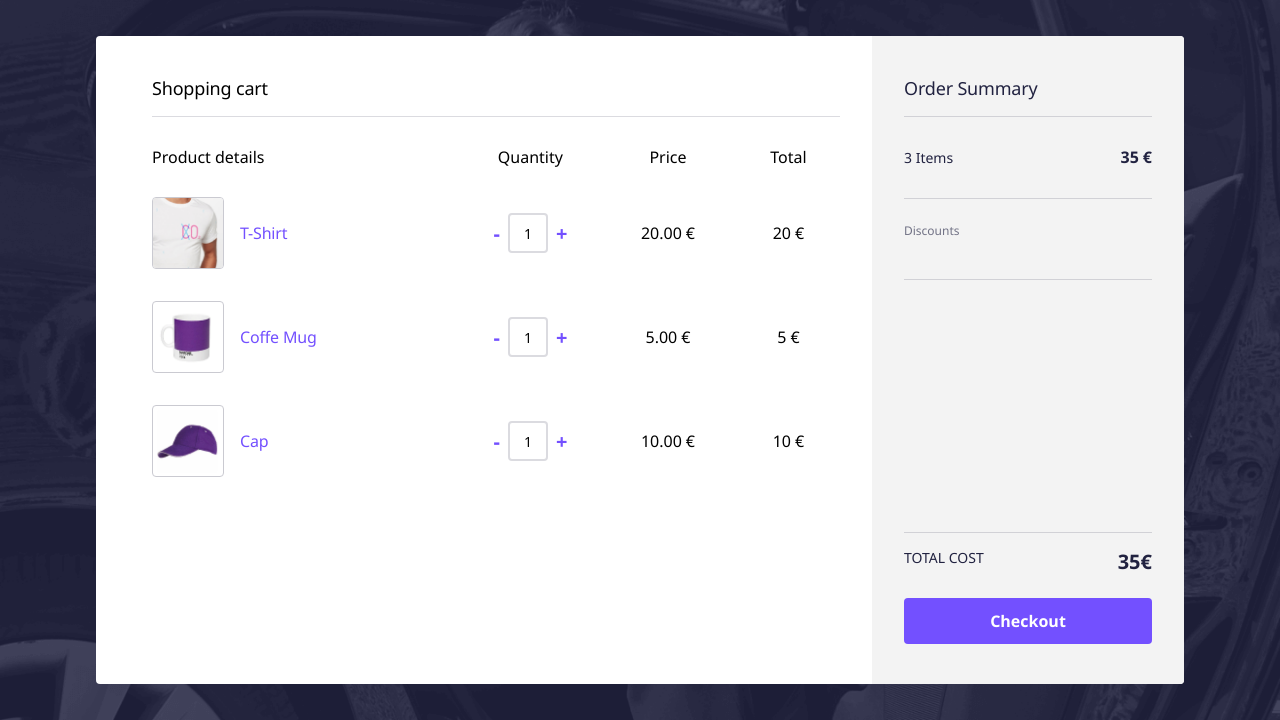
Repository: banchiec/challengecbfy
Page: /
These files come from the project's save history. The page is drawn as it stood at one moment and after the next save; the edit follows.
The browser window is 1280 px wide. The pictures show the whole page.
An inner scrolling area shows only its first screen. Some web fonts or font styles are not loaded; a fallback is used. The project was rebuilt for these pictures with package versions that can differ from the ones it lists, and the page was loaded fresh each time. Also part of the build but not shown: craco.config.js.

Above is the page before, as saved 2021-12-10 12:47:21.

After the next save:
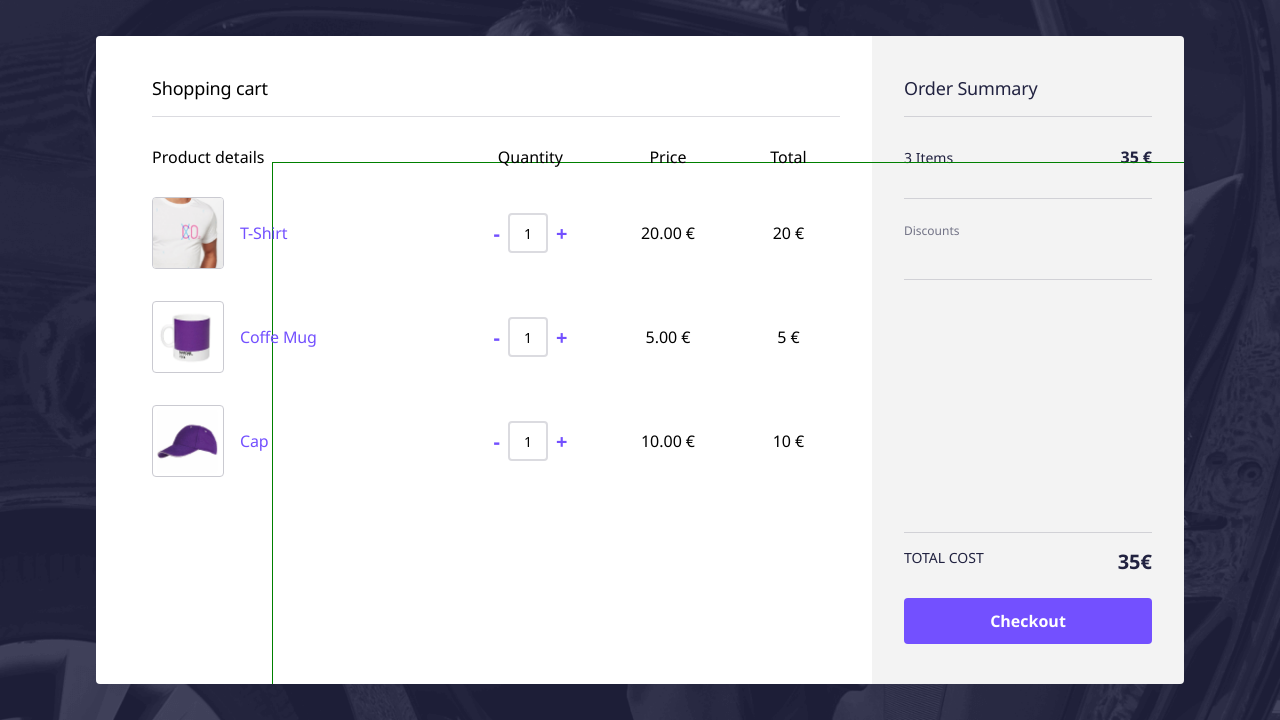
Saved 21 s later.
--- a/src/components/shoppingCart/ShoppingCart.js
+++ b/src/components/shoppingCart/ShoppingCart.js
@@ -12,27 +12,32 @@
     }
 
     return (
-        <section className="products">
-            <h1 className="main">Shopping cart</h1>
-            <ul className="product-list tableHead">
-                <li className="products-list-title row">
-                    <div className="col-product">Product details</div>
-                    <div className="col-quantity">Quantity</div>
-                    <div className="col-price">Price</div>
-                    <div className="col-total">Total</div>
-                </li>
-            </ul>
-            <ul className="products-list">
-                {items.map((item) => (
-                    <CartString
-                        content={item}
-                        scan={scan(item.code)}
-                        cost={cost(item.code)}
-                        key={uniqueId()}
-                        onClick={setDetails}
-                    />
-                ))}
-            </ul>
-        </section>
+        <>
+            <div className="modal">
+                <div className="content"></div>
+            </div>
+            <section className="products">
+                <h1 className="main">Shopping cart</h1>
+                <ul className="product-list tableHead">
+                    <li className="products-list-title row">
+                        <div className="col-product">Product details</div>
+                        <div className="col-quantity">Quantity</div>
+                        <div className="col-price">Price</div>
+                        <div className="col-total">Total</div>
+                    </li>
+                </ul>
+                <ul className="products-list">
+                    {items.map((item) => (
+                        <CartString
+                            content={item}
+                            scan={scan(item.code)}
+                            cost={cost(item.code)}
+                            key={uniqueId()}
+                            onClick={setDetails}
+                        />
+                    ))}
+                </ul>
+            </section>
+        </>
     )
 }

After the save that followed:
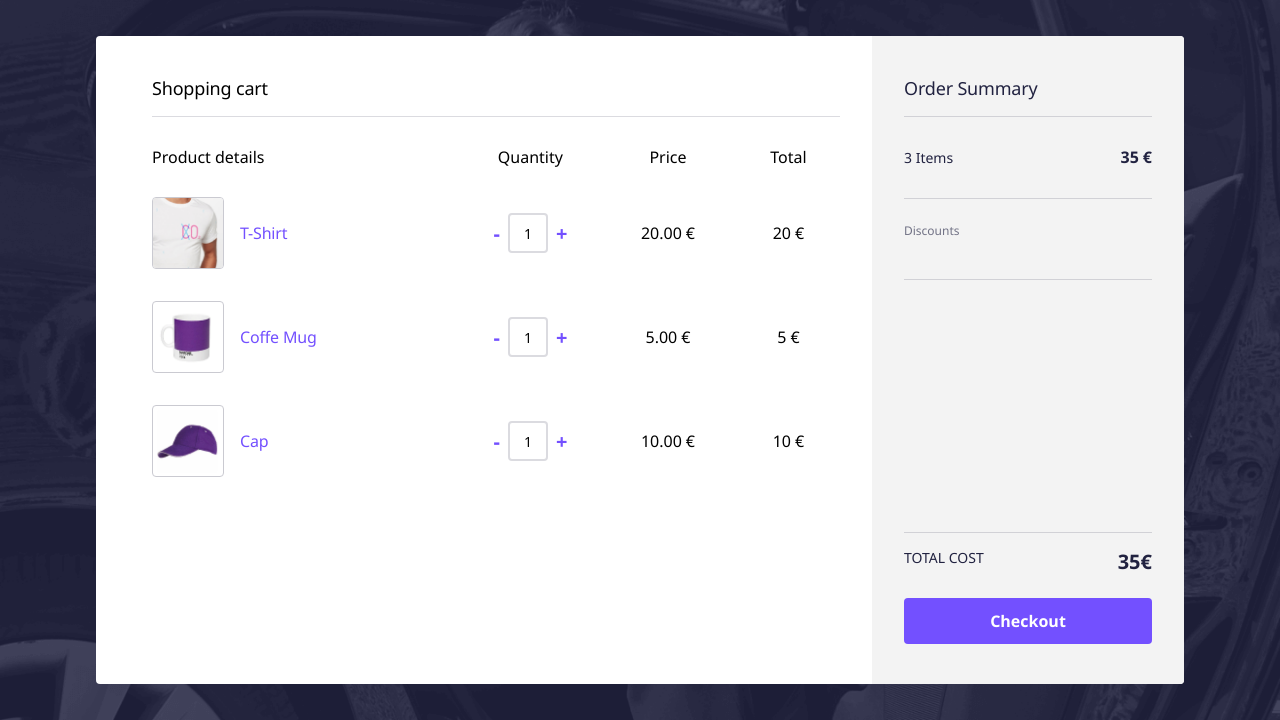
Saved 20 s later.
--- a/src/components/shoppingCart/ShoppingCart.js
+++ b/src/components/shoppingCart/ShoppingCart.js
@@ -12,32 +12,27 @@
     }
 
     return (
-        <>
-            <div className="modal">
-                <div className="content"></div>
-            </div>
-            <section className="products">
-                <h1 className="main">Shopping cart</h1>
-                <ul className="product-list tableHead">
-                    <li className="products-list-title row">
-                        <div className="col-product">Product details</div>
-                        <div className="col-quantity">Quantity</div>
-                        <div className="col-price">Price</div>
-                        <div className="col-total">Total</div>
-                    </li>
-                </ul>
-                <ul className="products-list">
-                    {items.map((item) => (
-                        <CartString
-                            content={item}
-                            scan={scan(item.code)}
-                            cost={cost(item.code)}
-                            key={uniqueId()}
-                            onClick={setDetails}
-                        />
-                    ))}
-                </ul>
-            </section>
-        </>
+        <section className="products">
+            <h1 className="main">Shopping cart</h1>
+            <ul className="product-list tableHead">
+                <li className="products-list-title row">
+                    <div className="col-product">Product details</div>
+                    <div className="col-quantity">Quantity</div>
+                    <div className="col-price">Price</div>
+                    <div className="col-total">Total</div>
+                </li>
+            </ul>
+            <ul className="products-list">
+                {items.map((item) => (
+                    <CartString
+                        content={item}
+                        scan={scan(item.code)}
+                        cost={cost(item.code)}
+                        key={uniqueId()}
+                        onClick={setDetails}
+                    />
+                ))}
+            </ul>
+        </section>
     )
 }
